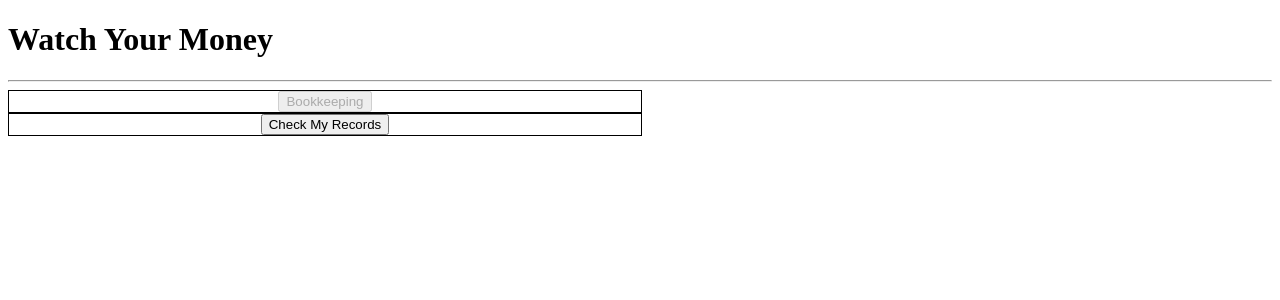
Repository: chelsea9869/Hackathon-TNT
Page: http://localhost/app/watch_your_money.php
An editor plug-in stored every save of this project. The page is shown before and after a run of saves, followed by the edit.
The browser window is 1280 px wide. The pictures show the whole page.
The page is run by PHP 8.4 with error messages shown; the project is at /var/www/html/.

Above is the page before, as saved 2020-09-05 10:58:28.

After the next 2 saves:
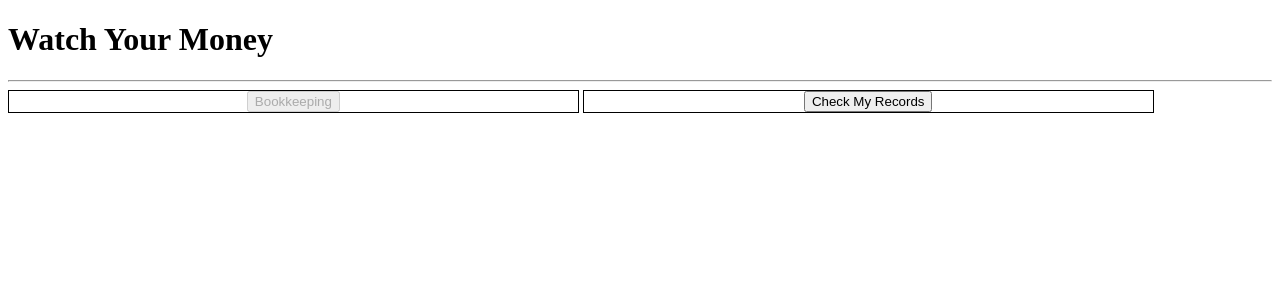
The 2 saves are shown as one change because they came seconds apart.
The last was saved 9 s later.
--- a/app/watch_your_money.php
+++ b/app/watch_your_money.php
@@ -9,10 +9,10 @@
     <h1>Watch Your Money</h1>
     <hr>
     <div name='function' style="width:100%">
-        <div id='bookkeeping' style="width:50%;text-align:center;display:inline-table;border:1px solid">
+        <div id='bookkeeping' style="width:45%;text-align:center;display:inline-table;border:1px solid">
             <button disabled="disabled">Bookkeeping</button>
         </div>
-        <div id='check_records' style="width:50%;display:inline-table;text-align:center;border:1px solid">
+        <div id='check_records' style="width:45%;display:inline-table;text-align:center;border:1px solid">
             <button>Check My Records</button>
         </div>
     </div>
